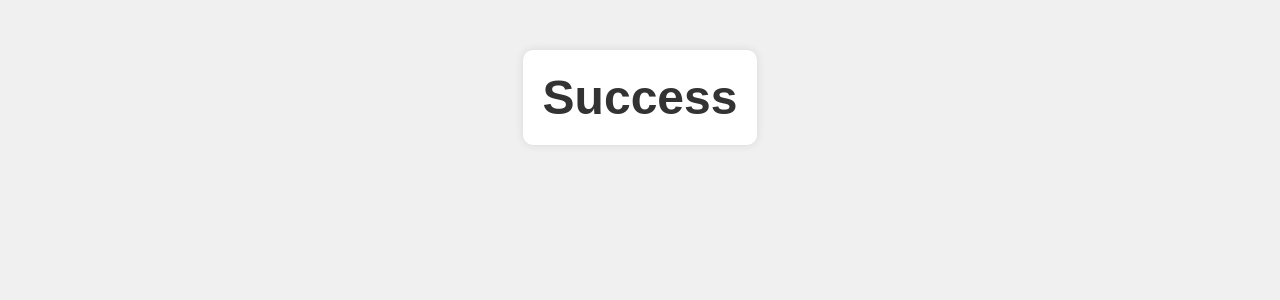
Repository: nishadi-s/Online-Staff-Management-System
Page: http://localhost/LeavingEmp/success.jsp
The author's editor kept a copy of each file at every save. The page is drawn from the files as they stood at one save, then again after the next save.
The browser window is 1280 px wide. The pictures show the whole page.
The page is served by Tomcat 9. Other server files are loaded and not shown.

Above is the page before, as saved 2023-10-24 11:51:40.

### LeavingEmp/src/main/webapp/success.jsp
<%@ page language="java" contentType="text/html; charset=ISO-8859-1"
    pageEncoding="ISO-8859-1"%>
<!DOCTYPE html>
<html>
<head>
<meta charset="ISO-8859-1">
<title>Insert title here</title>

 <style>
        /* Add the CSS code here */
        @keyframes fadeIn {
            from {
                opacity: 0;
            }
            to {
                opacity: 1;
            }
        }

        body {
            animation: fadeIn 1s;
            text-align: center;
            background-color: #f0f0f0;
            font-family: Arial, sans-serif;
            margin-top: 50px;
        }

        h1 {
            font-size: 48px;
            color: #333;
            margin: 0;
            padding: 20px;
            background-color: #fff;
            display: inline-block;
            border-radius: 10px;
            box-shadow: 0 0 10px rgba(0, 0, 0, 0.1);
        }
    </style>

</head>

<body>

<h1>Success</h1>
</body>

</html>

After the next save:
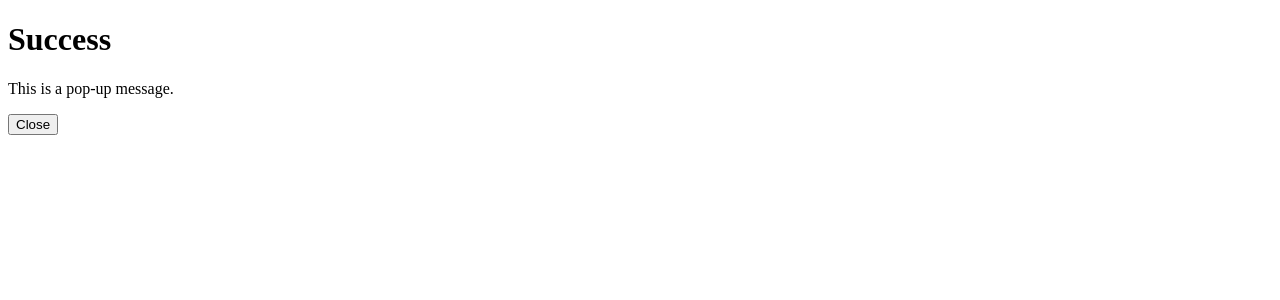
Saved 81 s later.
--- a/LeavingEmp/src/main/webapp/success.jsp
+++ b/LeavingEmp/src/main/webapp/success.jsp
@@ -5,43 +5,25 @@
 <head>
 <meta charset="ISO-8859-1">
 <title>Insert title here</title>
+<link rel="stylesheet" type="success/css" href="success.css">
 
- <style>
-        /* Add the CSS code here */
-        @keyframes fadeIn {
-            from {
-                opacity: 0;
-            }
-            to {
-                opacity: 1;
-            }
-        }
-
-        body {
-            animation: fadeIn 1s;
-            text-align: center;
-            background-color: #f0f0f0;
-            font-family: Arial, sans-serif;
-            margin-top: 50px;
-        }
-
-        h1 {
-            font-size: 48px;
-            color: #333;
-            margin: 0;
-            padding: 20px;
-            background-color: #fff;
-            display: inline-block;
-            border-radius: 10px;
-            box-shadow: 0 0 10px rgba(0, 0, 0, 0.1);
-        }
-    </style>
 
 </head>
 
 <body>
 
 <h1>Success</h1>
+
+<div id="popup" class="popup-container">
+  <p>This is a pop-up message.</p>
+  <button onclick="closePopup()">Close</button>
+</div>
+
+<script>
+function closePopup() {
+  document.getElementById('popup').classList.remove('show-popup');
+}
+</script>
 </body>
 
 </html>
